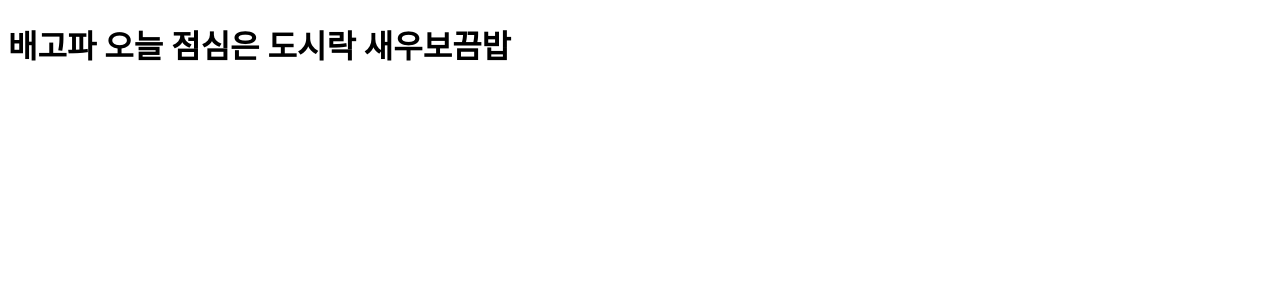
Repository: shashak23/spring_workspace
Page: springweb/src/main/webapp/resources/sample01/testController06.html
An editor plug-in stored every save of this project. The page is shown before and after the next save, followed by the edit.
The browser window is 1280 px wide. The pictures show the whole page.

Above is the page before, as saved 2023-02-24 02:57:13.

After the next save:
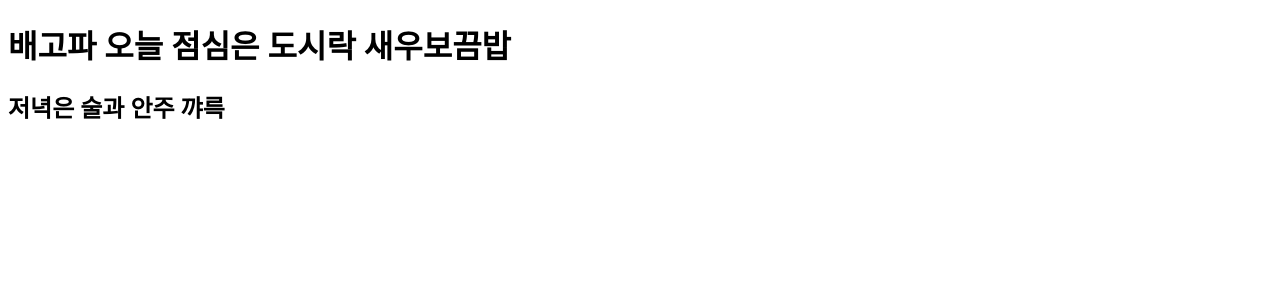
Saved 2 h 4 min later.
--- a/springweb/src/main/webapp/resources/sample01/testController06.html
+++ b/springweb/src/main/webapp/resources/sample01/testController06.html
@@ -6,5 +6,6 @@
 </head>
 <body>
 	<h1>배고파 오늘 점심은 도시락 새우보끔밥</h1>
+		<h2>저녁은 술과 안주 꺄륵</h2>
 </body>
 </html>
